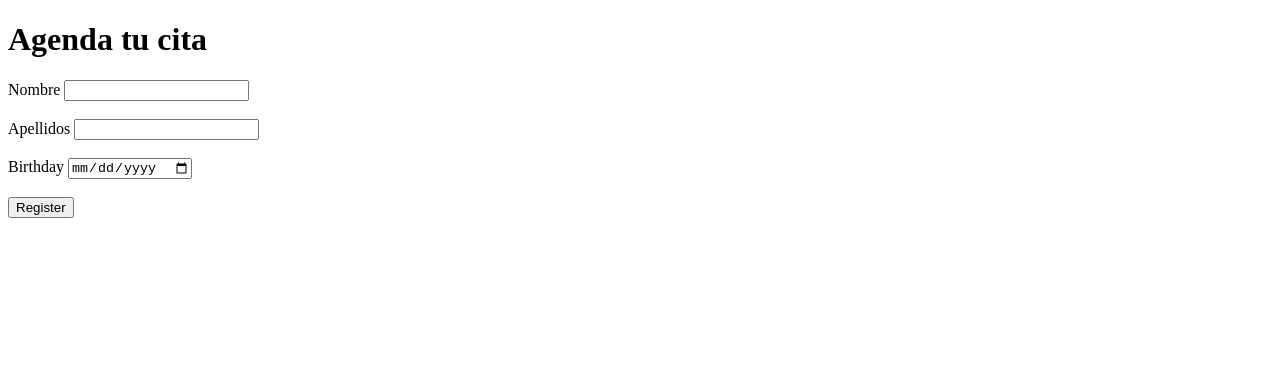
Repository: julioangarita/web-vet-cym
Page: http://localhost/register_page
The author's editor kept a record of every edit. The page is drawn from the files as they stood at one moment, then again after the next edit.
The browser window is 1280 px wide. The pictures show the whole page.
The page is served by the project's application, run on Flask 3 (server.py).

Above is the page before.

### templates/register.html
<!DOCTYPE html>
<html>
    <head>
        <meta http-equiv="content-type" content="text/html; charset=utf-8" />
        <title>Web Vet</title>

    </head>
    <body>
        <h1>Agenda tu cita</h1>
        <form action = "/agenda_cita" method = "post">
            <label>Nombre</label> <input type="text" name="Nombre"  /><br><br>
            <label>Apellidos</label> <input type="text" name="Apellidos" /><br><br>
            <label>Birthday</label> <input type="date" name = "birthday" /><br><br>
            <button onClick="registerUser()">Register</button>

        </form>
    </body>
</html>

### server.py
from flask import Flask, render_template, request


app = Flask(__name__)

@app.route("/") # el '/' significa ruta raiz
def home():
    connectionSQL()
    return render_template('home.html')

@app.route("/register_page")
def register_page():
    return render_template('register.html')


@app.route("/register_user", methods = ["post"]) #el metodo corresponde a los usados en html son , get post, etc
def register_user():
    id = request.form["id"]
    name = request.form["name"]
    lastname = request.form["lastname"]
    birthday = request.form["birthday"]
    print(id, name, lastname, birthday)
    return "Ok"


if __name__ =="__main__":
    host = "127.0.0.1"
    port = "8080"
    app.run(host, port) #este es un metodo de flask para correr un server

After the next edit:
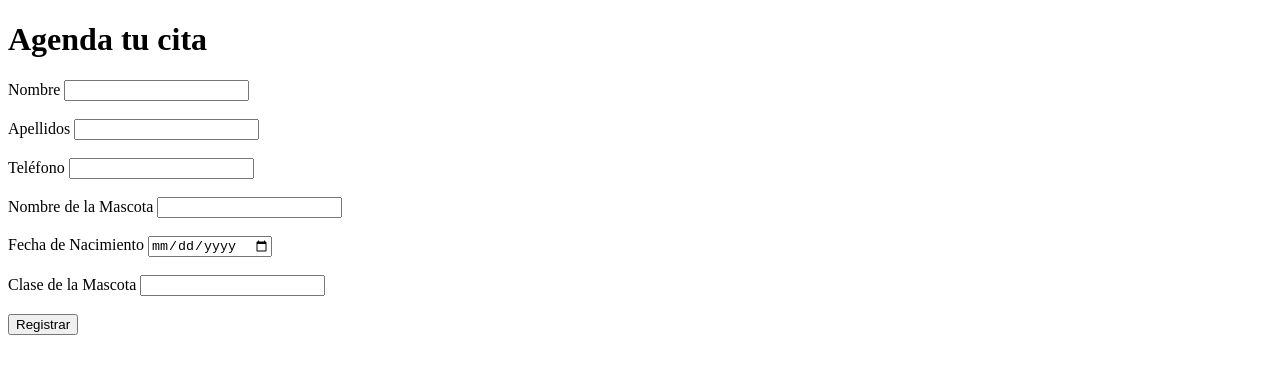
The edit:
--- a/templates/register.html
+++ b/templates/register.html
@@ -10,8 +10,11 @@
         <form action = "/agenda_cita" method = "post">
             <label>Nombre</label> <input type="text" name="Nombre"  /><br><br>
             <label>Apellidos</label> <input type="text" name="Apellidos" /><br><br>
-            <label>Birthday</label> <input type="date" name = "birthday" /><br><br>
-            <button onClick="registerUser()">Register</button>
+            <label>Teléfono</label> <input type="text" name="Telefono"  /><br><br>
+            <label>Nombre de la Mascota</label> <input type="text" name="Mascota" /><br><br>
+            <label>Fecha de Nacimiento</label> <input type="date" name = "Nacimiento" /><br><br>
+            <label>Clase de la Mascota</label> <input type="text" name="Clase" /><br><br>
+            <button onClick="registerUser()">Registrar</button>
 
         </form>
     </body>
